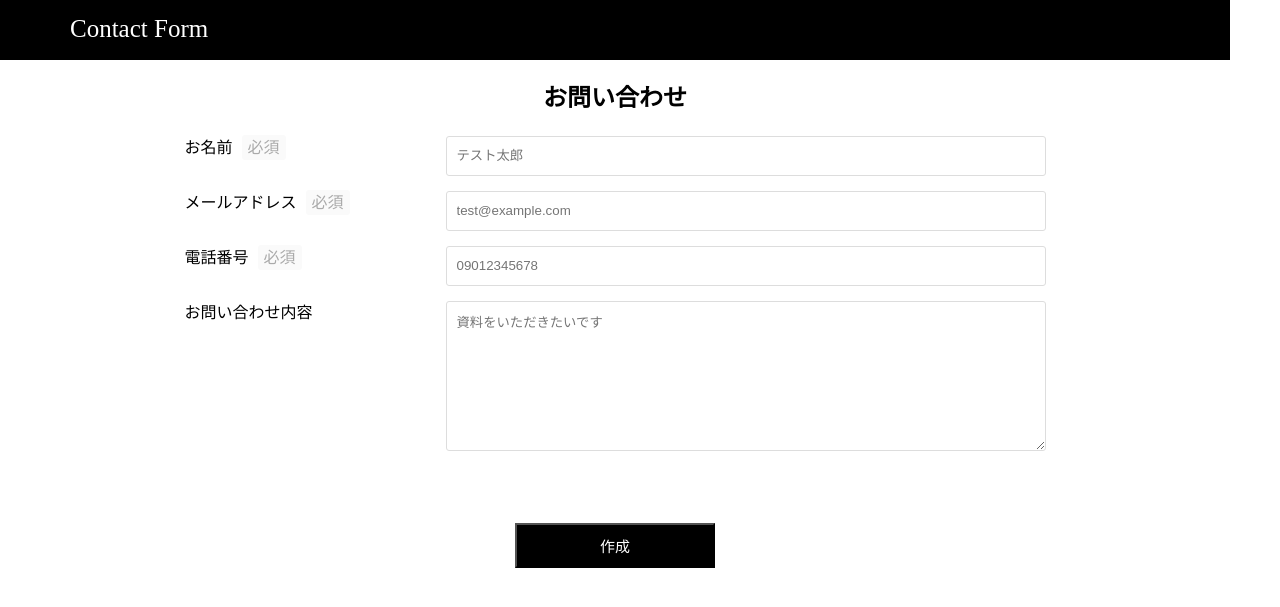
Repository: mayu-ya/my-contact-form
Page: http://localhost/
These files come from the project's save history. The page is drawn as it stood at one moment and after the next save; the edit follows.
The browser window is 1280 px wide. The pictures show the whole page.
The page is served by the project's Laravel application, run on PHP 8.4 with Laravel 8.

Above is the page before, as saved 2026-01-02 13:51:04.

After the next save:
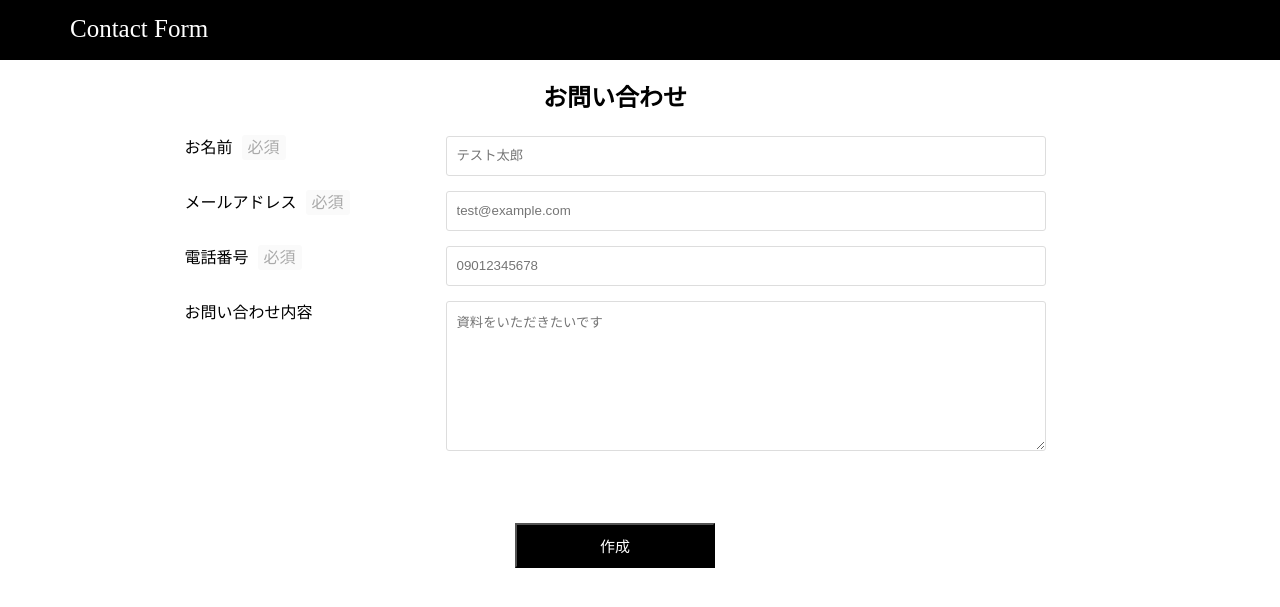
Saved 109 s later.
--- a/src/public/css/common.css
+++ b/src/public/css/common.css
@@ -1,7 +1,6 @@
 .header {
     background: black;
     height: 60px;
-    max-width: 1230px;
 }
 
 .header-logo{
